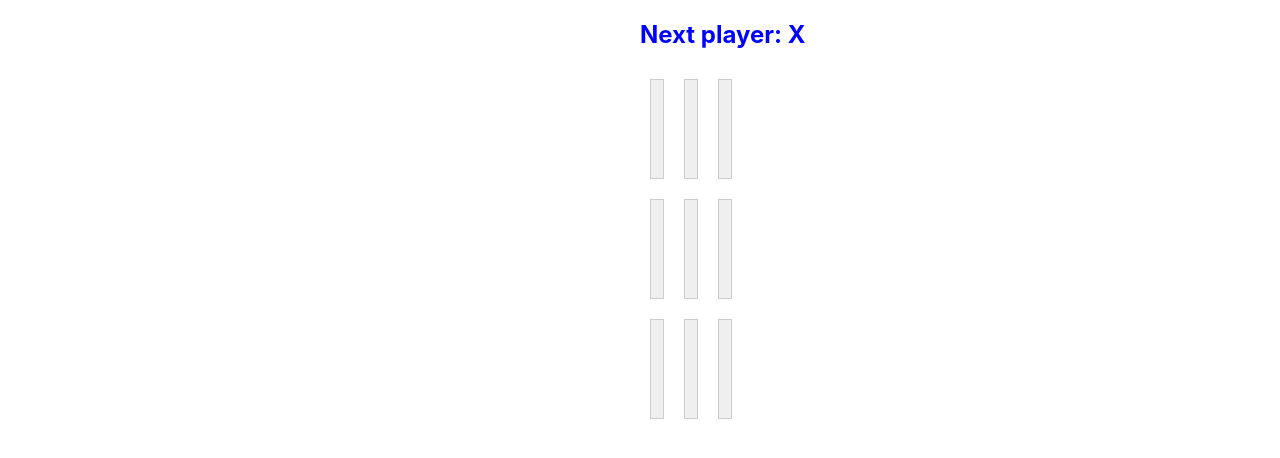
Repository: sedat-akdogan/React_Revision
Page: / (app in tic-tac-toe/)
The author's editor kept a copy of each file at every save. The page is drawn from the files as they stood at one save, then again after the next save.
The browser window is 1280 px wide. The pictures show the whole page.
The project was rebuilt for these pictures with package versions that can differ from the ones it lists, and the page was loaded fresh each time.

Above is the page before, as saved 2023-05-13 00:43:10.

After the next save:
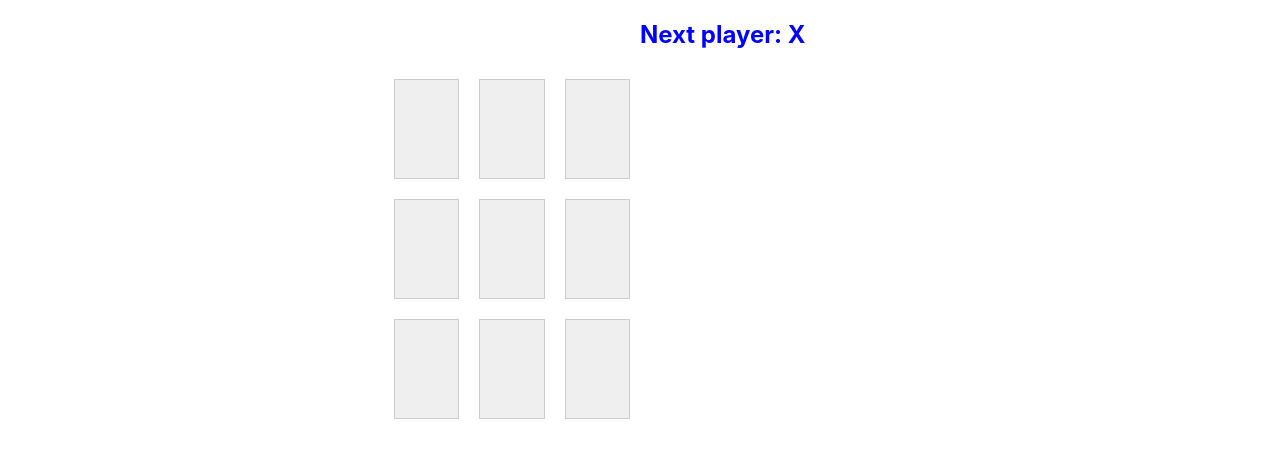
Saved 7 s later.
--- a/tic-tac-toe/src/index.css
+++ b/tic-tac-toe/src/index.css
@@ -23,7 +23,7 @@ code {
 }
 
 .board-row {
-    margin-left: 50%;
+    margin-left: 30%;
     margin-right: 50%;
     display: flex;
 }
